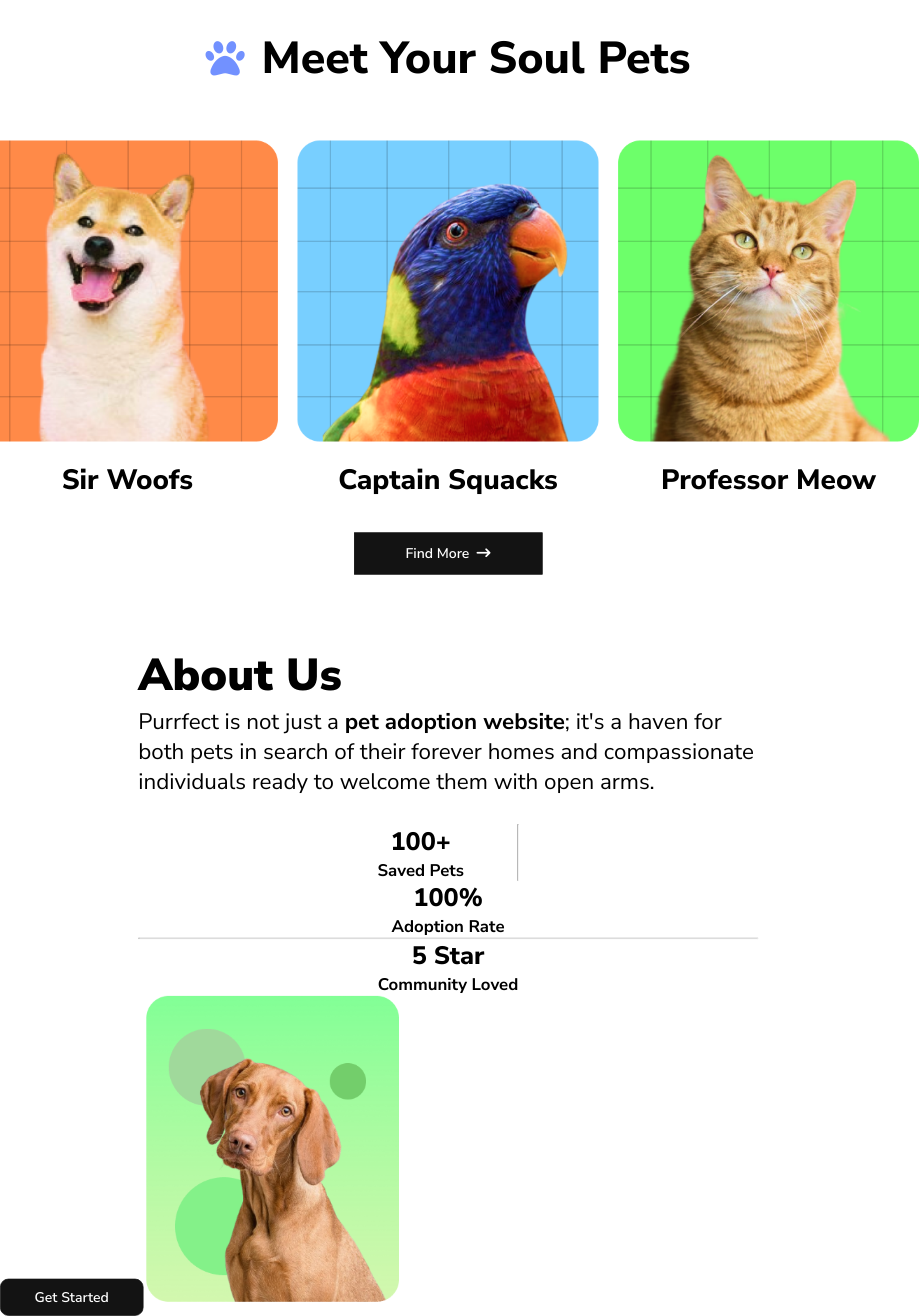
Repository: prashidika/purrfect-pet-adoption
Page: index.html
The author's editor kept a copy of each file at every save. The page is drawn from the files as they stood at one save, then again after the next save.
The browser window is 1280 px wide. The page is 1313 px wide, so the pictures cover 1313 px, including what lies to the right of the window. The pictures show the part of the page from y = 1884 to 3764 px (the page is 3764 px tall before and 3409 px after), at 70% of full size.
Some web libraries are served in a nearby version.

Above is the page before, as saved 2025-08-27 23:03:29.

### index.html
<!DOCTYPE html>
<html lang="en">

<head>
    <meta charset="UTF-8" />
    <!-- Use for responsiveness -->
    <meta name="viewport" content="width=device-width, initial-scale=1.0" />
    <!-- link To CSS -->
    <link rel="stylesheet" href="style.css" />
    <!-- link To JS -->
    <script src="index.js" defer></script>
    <!-- For Scroll Reveal -->
    <script src="https://unpkg.com/scrollreveal"></script>
    <!-- For Icons -->
    <link rel="stylesheet" href="https://cdnjs.cloudflare.com/ajax/libs/font-awesome/6.5.2/css/all.min.css"
        integrity="sha512-SnH5WK+bZxgPHs44uWIX+LLJAJ9/2PkPKZ5QiAj6Ta86w+fsb2TkcmfRyVX3pBnMFcV7oQPJkl9QevSCWr3W6A=="
        crossorigin="anonymous" referrerpolicy="no-referrer" />
    <!-- Link For Gsap -->
    <script src="https://cdnjs.cloudflare.com/ajax/libs/gsap/3.12.5/gsap.min.js"
        integrity="sha512-7eHRwcbYkK4d9g/6tD/mhkf++eoTHwpNM9woBxtPUBWm67zeAfFC+HrdoE2GanKeocly/VxeLvIqwvCdk7qScg=="
        crossorigin="anonymous" referrerpolicy="no-referrer"></script>
    <!-- Link For Gsap - Scroll Trigger -->
    <script src="https://cdnjs.cloudflare.com/ajax/libs/gsap/3.12.5/ScrollTrigger.min.js"
        integrity="sha512-onMTRKJBKz8M1TnqqDuGBlowlH0ohFzMXYRNebz+yOcc5TQr/zAKsthzhuv0hiyUKEiQEQXEynnXCvNTOk50dg=="
        crossorigin="anonymous" referrerpolicy="no-referrer"></script>
    <!-- Link For Lenis - Smooth Scrolling -->
    <script src="https://unpkg.com/@studio-freight/lenis@1.0.42/dist/lenis.min.js"></script>
    <!-- Link For Split Type -->
    <script src="https://cdn.jsdelivr.net/npm/split-type@0.3.4/umd/index.min.js"></script>

    <title>Purrfect | Pet Adoption</title>
</head>

<body></body>

</html>

<!-- Navbar -->
<nav>
    <a href="index.html" class="brand">
        <h1>Purr<b class="accent">fect</b></h1>
    </a>

    <div class="menu">
        <div class="btn">
            <i class="fas fa-times close-btn" aria-label="Close menu"></i>
        </div>
        <a href="index.html">Home</a>
        <a href="index.html#pets">Pets</a>
        <a href="index.html#requirements">Requirements</a>
        <a href="index.html#about">About</a>
        <a href="index.html#stories">Stories</a>
    </div>

    <button class="btn-2" onclick="window.location.href='contact.html'">
        <p>Contact Us</p>
        <i class="fa-solid fa-circle-arrow-right"></i>
    </button>

    <div class="btn">
        <i class="fas fa-bars menu-btn" aria-label="Open menu"></i>
    </div>
</nav>
<!-- Navbar End ---->

<!-- Hero Page Section -->
<section class="heropage">
    <div class="hero-headlines">
        <h1>Find Your Purrfect Pet Soul Today!</h1>
        <p>
            Discover Your Perfect Companion in Our Selection of Loving Pets
            Available for Adoption.

        </p>
        <div class="hero-headlines-buttons">
            <button class="btn-3">Our Pets</button>
            <button class="btn-3 btn-transparent">Contact Us</button>
        </div>
    </div>
    <div class="hero-images">
        <img src="img/hero-img-1.png" alt="img" />
        <img src="img/hero-img-2.png" alt="img" />
        <img src="img/hero-img-3.png" alt="img" />
    </div>
</section>

<!-- Hero Page Section End -->

<!-- Requirement Section -->

<section class="requirements" id="requirements">
    <div class="requirements-headlines">
        <p>Our process is simple and filled with joy every step of the way</p>

        <div class="r-item-container">
            <!-- r item 1 -->
            <div class="r-item">
                <div class="r-logo" style="background-color: #b9ff46">
                    <i class="fa-regular fa-newspaper"></i>
                </div>
                <h5>Submitting an application</h5>
            </div>
            <!-- r item 2 -->
            <div class="r-item">
                <div class="r-logo" style="background-color: #fff846">
                    <i class="fa-solid fa-phone"></i>
                </div>
                <h5>Attending a online interview</h5>
            </div>

            <!-- r item 3 -->
            <div class="r-item">
                <div class="r-logo" style="background-color: #ff8846">
                    <i class="fa-solid fa-paw"></i>
                </div>
                <h5>Meeting the pet in person</h5>
            </div>

            <!-- r item 4 -->
            <div class="r-item">
                <div class="r-logo" style="background-color: #46c7ff">
                    <i class="fa-regular fa-file-zipper"></i>
                </div>
                <h5>Signing an adoption agreement</h5>
            </div>

            <!-- r item 5 -->
            <div class="r-item">
                <div class="r-logo" style="background-color: #4fffca">
                    <i class="fa-solid fa-handshake"></i>
                </div>
                <h5>Congratulations on finding a match</h5>
            </div>
        </div>
    </div>
    <img src="img/requirements-img.png" alt="img" />
</section>
<!-- Requirement Section End -->


<!-- Pets Section -->
<!-- Pets Section -->
<section class="pets" id="pets">
    <div class="pets-headlines">
        <i class="fa-solid fa-paw"></i>
        <h1>Meet Your Soul Pets</h1>
    </div>

    <div class="pets-collection">
        <div class="pet-item">
            <img src="img/pet-item-1.png" alt="Sir Woofs" />
            <h3>Sir Woofs</h3>
        </div>
        <div class="pet-item">
            <img src="img/pet-item-2.png" alt="Sir Woofs" />
            <h3>Captain Squacks</h3>
        </div>
        <div class="pet-item">
            <img src="img/pet-item-3.png" alt="Sir Woofs" />
            <h3>Professor Meow</h3>
        </div>
    </div>
    </div>

    <button class="btn-3 btn-pets">
        <p>Find More</p>
        <i class="fa-solid fa-arrow-right-long"></i>
    </button>
</section>
</section>
<!-- Pets Section End -->

<!-- About Section -->


<div class="about" id="about">
    <div class="about-headlines">
        <h1>About Us</h1>
        <p class="reveal-type" data-bg-color="#cccccc" data-fg-color="black">
            Purrfect is not just a <b>pet adoption website</b>; it's a haven for both
            pets in search of their forever homes and compassionate individuals ready
            to welcome them with open arms.
        </p>
        <div class="about-info">
            <div class="about-info-item">
                <h5>100+</h5>
                <h6>Saved Pets</h6>
            </div>
            <hr class="about-info-divider" />
        </div>
        <div class="about-info-item">
            <h5>100%</h5>
            <h6>Adoption Rate</h6>
        </div>
        <hr class="about-info-divider" />
        </d>
        <div class="about-info-item">
            <h5>5 Star</h5>
            <h6>Community Loved</h6>
        </div>
    </div>
</div>
<button class="btn-3">Get Started</button>
</div>

<img src="img/about-img.png" alt="img" />

</div>
<!-- About Section End -->
</body>

</html>

### style.css
@import url("https://fonts.googleapis.com/css2?family=Nunito+Sans:ital,opsz,wght@0,6..12,200..1000;1,6..12,200..1000&display=swap");

* {
    margin: 0;
    padding: 0;
    box-sizing: border-box;
    font-family: "Nunito Sans", sans-serif;
}

:root {
    --accent: #ff9a24;
    --black: #131313;
}

body {
    min-height: 100vh;
}

section {
    min-width: 100%;
    min-height: 100vh;
    background-repeat: no-repeat;
    background-position: center;
    background-size: cover;
}

/* Navbar Section */
nav {
    z-index: 999;
    position: fixed;
    top: 0;
    left: 0;
    width: 100%;
    /* Added % */
    display: flex;
    justify-content: space-between;
    align-items: center;
    /* Fixed typo: 'centre' → 'center' */
    color: var(--black);
    background-color: white;
    padding: 30px 50px;
    transition: all 0.4s ease-out;
    filter: drop-shadow(5px 5px 10px transparent);
}

nav.sticky {
    background-color: white;
    filter: drop-shadow(5px 5px 10px #ffbe745e);
}

.brand {
    text-decoration: none;
    transition: all ease-in-out 0.3s;
    color: var(--black);
}

.brand h1 {
    font-size: 32px;
    font-weight: 900;
}

.accent {
    color: var(--accent);
}

.brand:hover {
    /* Fixed typo: 'brand.hover' → 'brand:hover' */
    opacity: 0.8;
}

.menu {
    display: flex;
    justify-content: center;
    /* Fixed typo: 'centre' → 'center' */
    align-items: center;
    gap: 42px;
}

.menu a {
    display: inline-block;
    position: relative;
    color: var(--black);
    text-decoration: none;
    font-size: 24px;
    font-weight: 400;
    border-radius: 32px;
    background-color: white;
    padding: 10px;
    transition: all 0.2s ease-out;
}

.menu a:hover {
    background-color: var(--accent);
    color: white;
}

.btn {
    color: white;
    font-size: 25px;
    cursor: pointer;
    display: none;
}

.btn-2 {
    display: flex;
    align-items: center;
    /* Fixed typo: 'centre' → 'center' */
    gap: 14px;
    font-size: 24px;
    font-weight: 500;
    color: var(--black);
    transition: all ease-in-out 0.2s;
    background-color: transparent;
    border: none;
    cursor: pointer;
}

.btn-2 i {
    font-size: 32px;
    transition: all 0.2s ease-out;
}

/* Fixed typo: '.btn2:hover i' → '.btn-2:hover i' */
.btn-2:hover i {
    color: var(--accent);
}

.btn-2:hover {
    gap: 10px;
}

/* ----------------- Hero Section ----------------- */
.heropage {
    margin-top: 150px;
    display: flex;
    flex-direction: column;
    align-items: center;
    background-image: url("img/hero-background-image.png");
    background-size: cover;
    background-position: center;
    padding: 100px 20px;
}

.hero-headlines {
    display: flex;
    flex-direction: column;
    align-items: center;
    width: 750px;
    text-align: center;
}

.hero-headlines h1 {
    font-size: 64px;
    font-weight: 900;
    margin-bottom: 20px;
    color: var(--black);
}

.hero-headlines p {
    font-size: 24px;
    font-weight: 600;
    margin-bottom: 40px;
    color: var(--black);
}

/* Hero Buttons */
.hero-headlines-buttons {
    display: flex;
    gap: 20px;
    flex-wrap: wrap;
}

.btn-3 {
    width: 205px;
    height: 53px;
    background-color: var(--black);
    font-size: 20px;
    font-weight: 600;
    color: white;
    border-radius: 12px;
    border: 1px solid var(--black);
    cursor: pointer;
    transition: all 0.2s ease-out;
}

.btn-3:hover {
    background-color: var(--accent);
    border-color: var(--accent);
}

/* Transparent Button */
.btn-transparent {
    background-color: transparent;
    color: var(--black);
    border: 1px solid var(--black);
}

.btn-transparent:hover {
    background-color: var(--accent);
    color: white;
    border-color: var(--accent);
}

/* Hero Images */
.hero-images {
    display: flex;
    margin-top: 56px;
    gap: 35px;
}

/* Requirements Section */
.requirements {
    margin-top: 50px;
    align-items: center;
    justify-content: center;
    display: flex;
    background-image: url("img/requirements-background-img.png");
}

.requirements-headlines {
    width: 658px;
}

.requirements-headlines h1 {
    font-size: 96px;
    font-weight: 900;
}

.requirements-headlines p {
    font-size: 32px;
    font-weight: 600;
    margin-bottom: 49px;
}

.r-item-container {
    display: flex;
    flex-direction: column;
    gap: 18px;
}

.r-item {
    display: flex;
    align-items: center;
    gap: 18px;
}

.r-logo {
    width: 50px;
    height: 50px;
    border: 1px solid var(--black);
    border-radius: 100%;
    display: flex;
    align-items: center;
    justify-content: center;
}

.r-logo i {
    font-size: 28px;
}

.r-item h5 {
    font-size: 32px;
    font-weight: 600;
}

/* Pets Section */
.pets {
    display: flex;
    flex-direction: column;
    align-items: center;
    margin-top: 74px;
}

.pets-headlines {
    display: flex;
    justify-content: center;
    align-items: center;
    gap: 24px;
}

.pets-headlines i {
    font-size: 56px;
    color: #7291ff;
}

.pets-headlines h1 {
    font-size: 64px;
    font-weight: 800;
}

.pets-collection {
    display: flex;
    gap: 28px;
    margin-top: 74px;
}

.pet-item {
    display: flex;
    flex-direction: column;
    align-items: center;
    gap: 28px;
    transition: 0.5s ease-out;
}

.pet-item h3 {
    font-size: 40px;
    font-weight: 800;
}

.btn-pets {
    width: 269px;
    height: 60px;
    /* added px */
    display: flex;
    align-items: center;
    justify-content: center;
    gap: 10px;
    border-radius: 0px;
    margin-top: 48px;
}

/* About Section */
.about {
    display: flex;
    align-items: center;
    justify-content: center;
    gap: 40px;
    margin-top: 100px;
    padding: 0 50px;

    /* makes it responsive */
}

.about-headlines {
    display: flex;
    flex-direction: column;
    width: 885px;
}

.about-headlines h1 {
    font-size: 64px;
    font-weight: 900;
}

.about-headlines p {
    font-size: 32px;
    font-weight: 400;
}

.about-info {
    display: flex;
    margin-top: 20px;
    justify-content: center;
    gap: 76px;
    margin-top: 40px;
}

.about-info-item {
    display: flex;
    flex-direction: column;
    align-items: center;
}

.about-info-item h5 {
    font-size: 36px;
    font-weight: 800;
    display: flex;
}

.about-info-item h6 {
    font-size: 24px;
    font-weight: 700;
    display: flex;
}

.about-headlines button {
    margin-top: 48px;
}

.about-headlines button:hover {
    background-color: #5677e6;
}

### index.js
// NAVBAR
const navbar = document.querySelector("nav");

// Scroll effect
window.addEventListener("scroll", () =>
    navbar.classList.toggle("sticky", window.scrollY > 0)
);

// Menu toggle
const menu = document.querySelector(".menu");
const toggleMenu = () => menu.classList.toggle("active");

// Event listeners for open/close menu
document.querySelector(".menu-btn").addEventListener("click", toggleMenu);
document.querySelector(".close-btn").addEventListener("click", toggleMenu);

// Close menu when clicking a link
document
    .querySelectorAll(".menu a")
    .forEach((link) => link.addEventListener("click", toggleMenu));

After the next save:
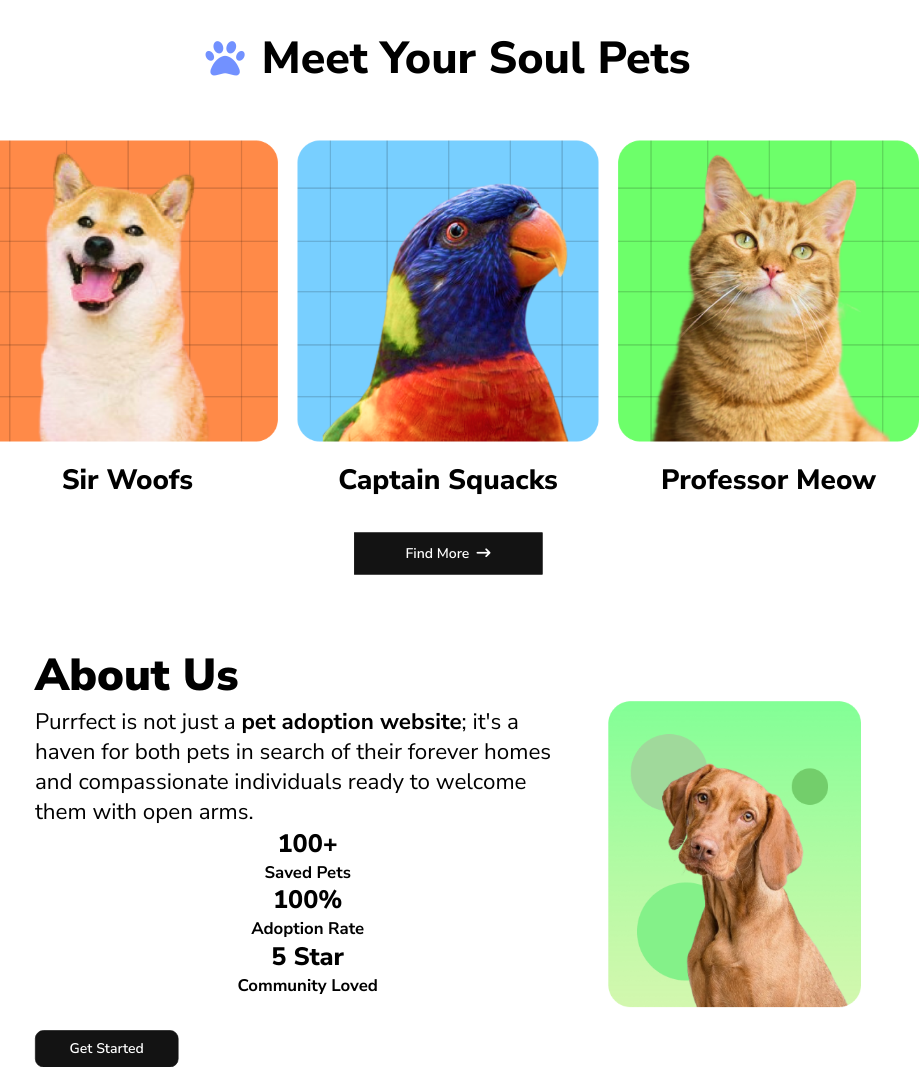
Saved 3 min 8 s later.
--- a/index.html
+++ b/index.html
@@ -171,8 +171,6 @@
 <!-- Pets Section End -->
 
 <!-- About Section -->
-
-
 <div class="about" id="about">
     <div class="about-headlines">
         <h1>About Us</h1>
@@ -181,32 +179,25 @@
             pets in search of their forever homes and compassionate individuals ready
             to welcome them with open arms.
         </p>
-        <div class="about-info">
+        <div class="about-info-container">
             <div class="about-info-item">
                 <h5>100+</h5>
                 <h6>Saved Pets</h6>
             </div>
-            <hr class="about-info-divider" />
-        </div>
-        <div class="about-info-item">
-            <h5>100%</h5>
-            <h6>Adoption Rate</h6>
-        </div>
-        <hr class="about-info-divider" />
-        </d>
-        <div class="about-info-item">
-            <h5>5 Star</h5>
-            <h6>Community Loved</h6>
-        </div>
-    </div>
-</div>
-<button class="btn-3">Get Started</button>
-</div>
-
-<img src="img/about-img.png" alt="img" />
-
+            <div class="about-info-item">
+                <h5>100%</h5>
+                <h6>Adoption Rate</h6>
+            </div>
+            <div class="about-info-item">
+                <h5>5 Star</h5>
+                <h6>Community Loved</h6>
+            </div>
+        </div>
+        <button class="btn-3">Get Started</button>
+    </div>
+
+    <div class="about-image">
+        <img src="img/about-img.png" alt="img" />
+    </div>
 </div>
 <!-- About Section End -->
-</body>
-
-</html>
